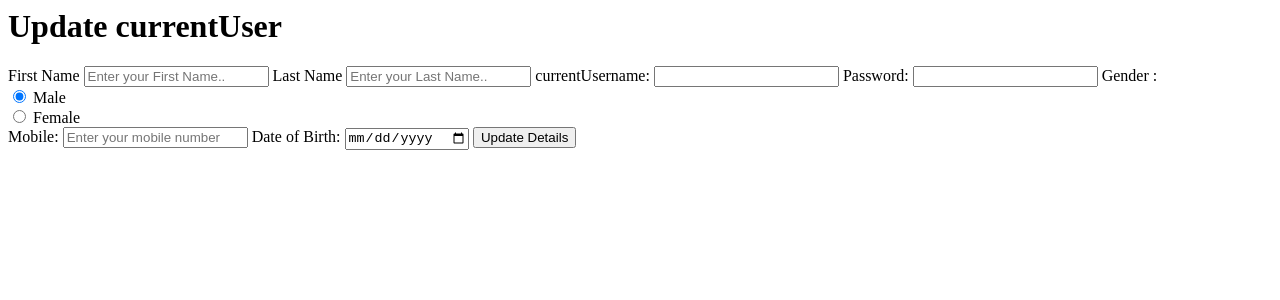
Repository: yogenderupadhyay/Project-2
Page: LetsTalkFrontend/WebContent/c_user/UpdateProfile.html
An editor plug-in stored every save of this project. The page is shown before and after the next save, followed by the edit.
The browser window is 1280 px wide. The pictures show the whole page.

Above is the page before, as saved 2018-07-15 07:24:48.

After the next save:
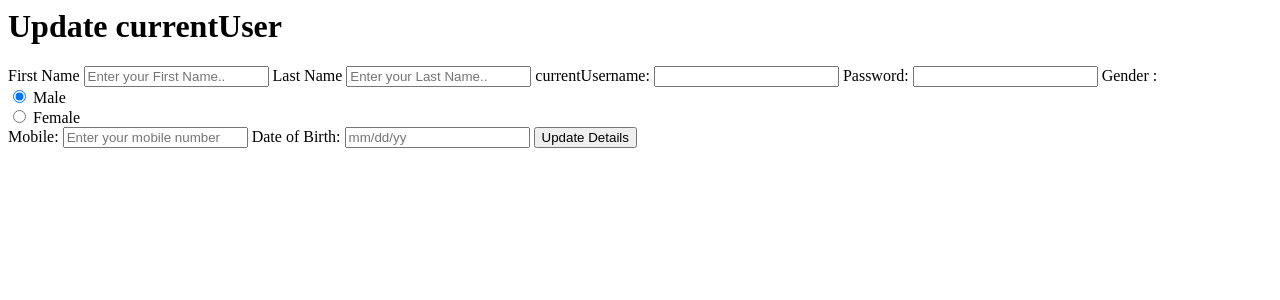
Saved 7 min 34 s later.
--- a/LetsTalkFrontend/WebContent/c_user/UpdateProfile.html
+++ b/LetsTalkFrontend/WebContent/c_user/UpdateProfile.html
@@ -31,7 +31,7 @@
 							class="form-control"  data-ng-model="currentUser.mobile"
 							placeholder="Enter your mobile number" name="mobile">
 
-						<label>Date of Birth:</label> <input type="date"
+						<label>Date of Birth:</label> <input type="text"
 							class="form-control" data-ng-model="{{currentUser.d_o_b}}" placeholder="mm/dd/yy" name="dob">
 
 					<button type="button" data-ng-click="updateUserDetails()"
